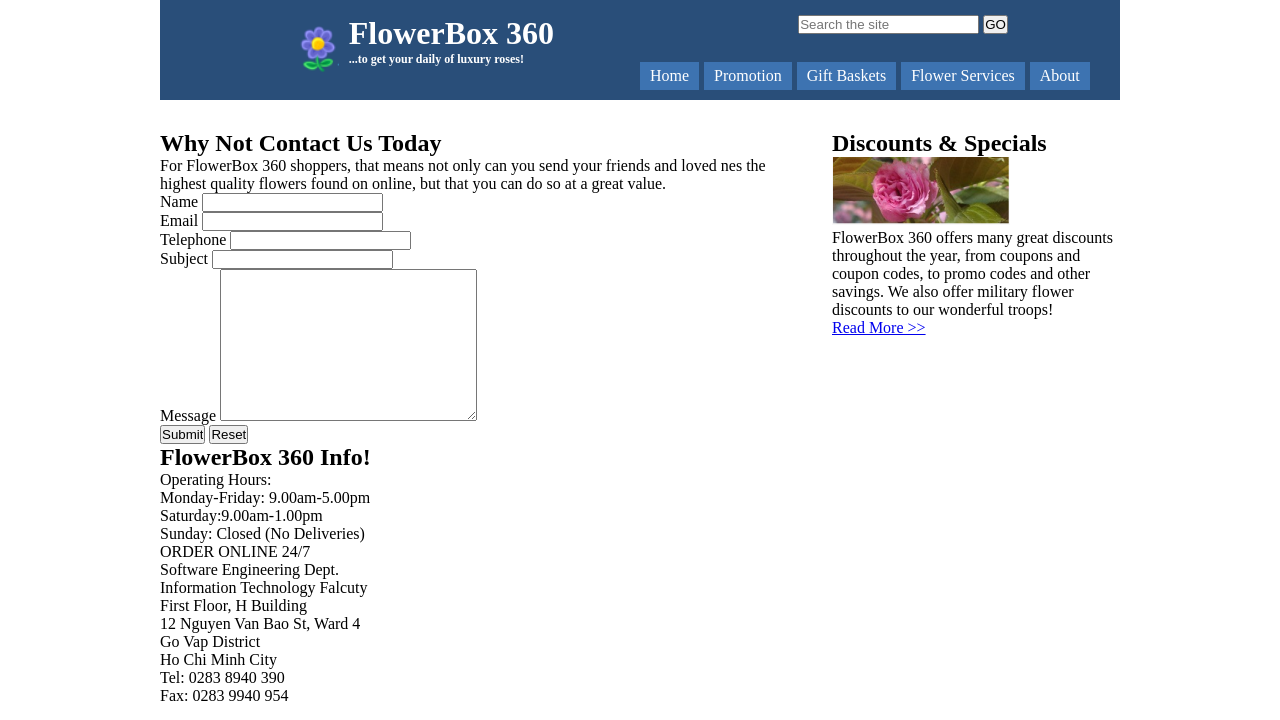
Repository: hoangnguyen1903/STT_21084321_NguyenHuyHoang_DHKHMT17B_Tuan4_DeThamKhao3
Page: html/demo.html
These files come from the project's save history. The page is drawn as it stood at one moment and after the next save; the edit follows.
The browser window is 1280 px wide. The pictures show the whole page.

Above is the page before, as saved 2023-03-09 14:46:44.

After the next save:
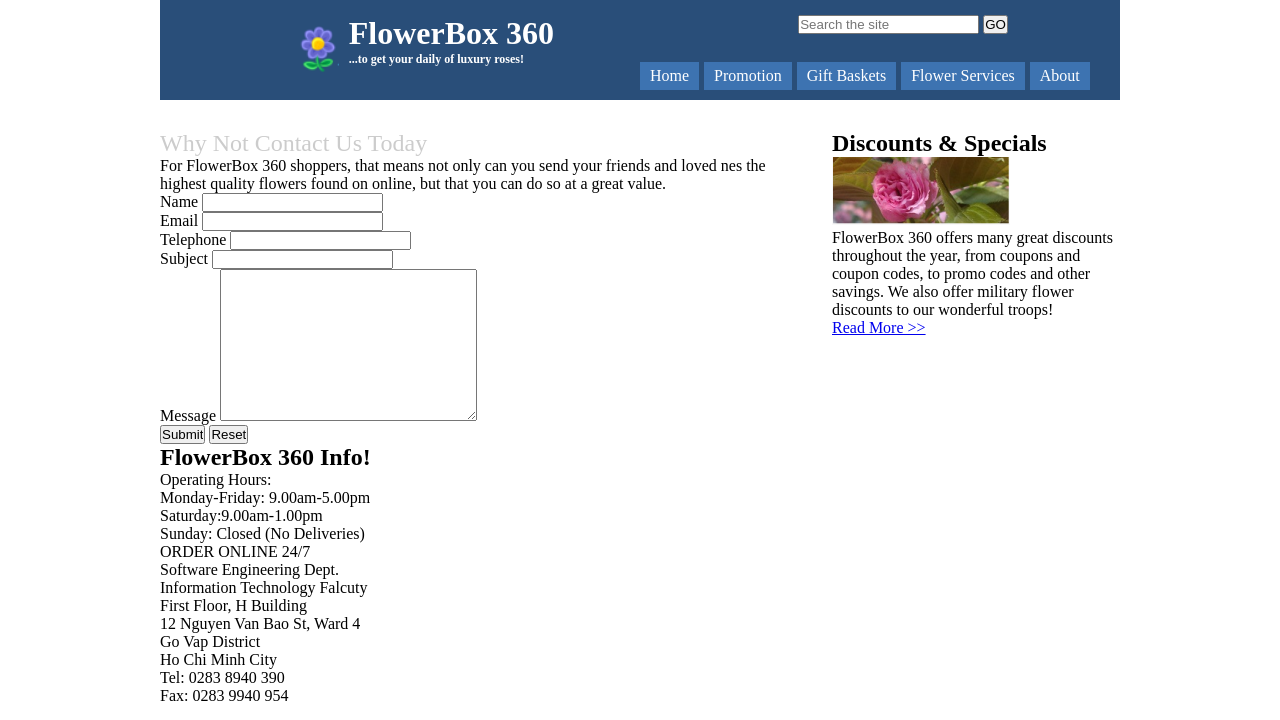
Saved 64 s later.
--- a/html/demo.html
+++ b/html/demo.html
@@ -79,6 +79,11 @@
       .content > .content__left {
         width: calc(70% - 30px);
         margin-right: 30px;
+      }
+
+      .content > .content__left > .content__left-top {
+        color: #ccc;
+        font-weight: 500;
       }
 
       .content > .content__right {
